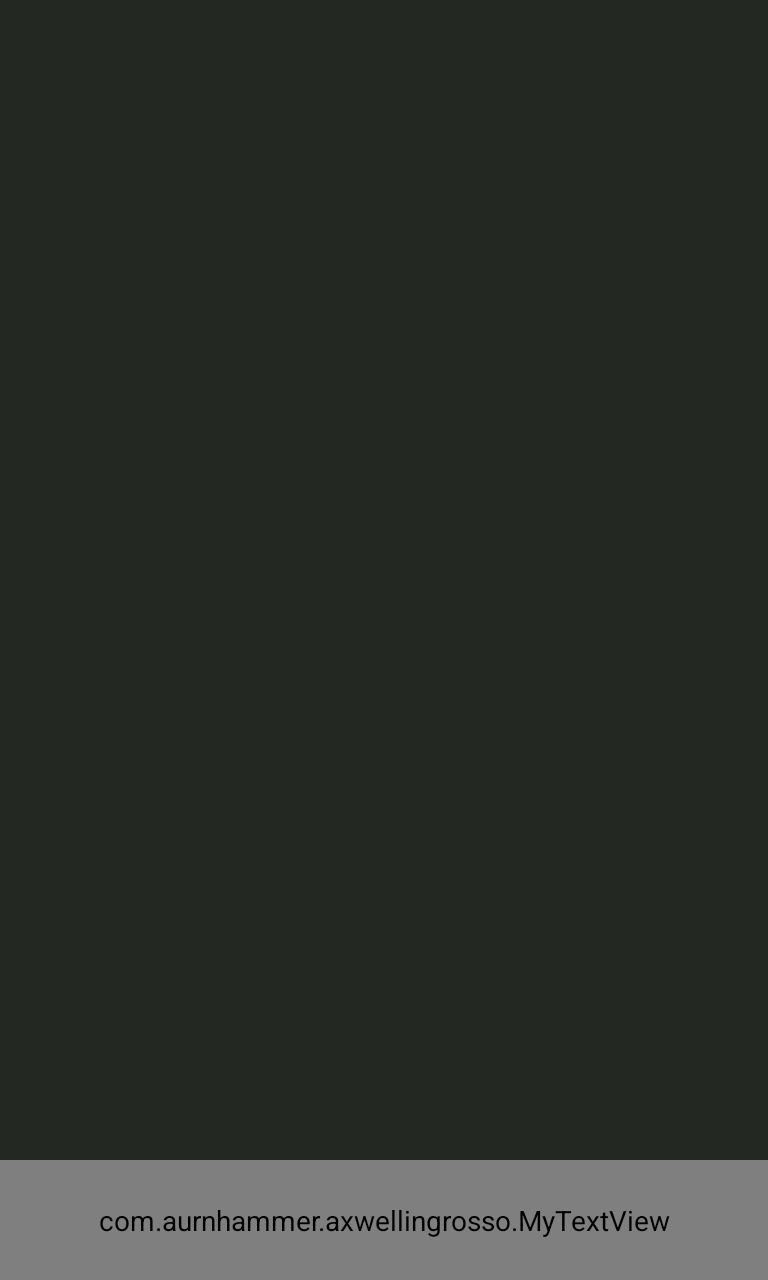
Repository: aurnhammer/Android-Image-Effects-Test
Layout: Image Effects/ImageEffects/res/layout/activity_photo_crop.xml
These files come from the project's save history. The layout is drawn as it stood at one moment and after the next save; the edit follows.
Pictures or frames that could not be fetched are drawn as grey boxes. It is drawn on a 768 x 1280 px phone screen (xhdpi) without system bars, with theme AppTheme; the app's code is not run.

Above is the layout before, as saved 2014-07-22 21:36:27.

### Image Effects/ImageEffects/res/layout/activity_photo_crop.xml
<?xml version="1.0" encoding="utf-8"?>
<RelativeLayout xmlns:android="http://schemas.android.com/apk/res/android"
    android:id="@+id/rlPhotoCropMain"
    android:layout_width="match_parent"
    android:layout_height="match_parent"
    android:background="@color/Midnight_Gray"
	android:fillViewport="true">

    <RelativeLayout
        android:id="@+id/rlPhotoCrop"
        android:layout_width="match_parent"
    	android:layout_height="wrap_content"
    	android:layout_alignParentTop="true">

	    <ImageView
	        android:id="@+id/ivPhotoCrop"
	        android:layout_width="match_parent"
			android:layout_height="match_parent"
			android:scaleType="matrix"/>

	    <ImageView
	        android:id="@+id/ivCropArea"
	        android:layout_width="match_parent"
			android:layout_height="match_parent"
			android:scaleType="matrix"/>

	</RelativeLayout>

    <com.aurnhammer.axwellingrosso.MyTextView
        android:id="@+id/tvCrop"
        android:layout_width="match_parent"
		android:layout_height="60dp"
		android:layout_alignParentBottom="true"
		android:background="@color/Deep_Coral"
		android:gravity="center"
		android:padding="10dp"
		android:textColor="@color/White"
		android:textAppearance="?android:attr/textAppearanceLarge"
		android:text="CROP"
		android:clickable="true"
		android:onClick="onCrop"/>

</RelativeLayout>

### Image Effects/ImageEffects/res/values/Color.xml
<?xml version="1.0" encoding="utf-8"?>
<resources>
    <color name="Black">#000000</color>
    <color name="White">#FFFFFF</color>
    <color name="Midnight_Gray">#232823</color>
	<color name="Mango_Sorbet">#EF9D4D</color>
    <color name="Deep_Coral">#E0312E</color>
    <color name="Hot_Seagreen">#2DDE95</color>
    <color name="Dark_Seagreen">#548D98</color>
</resources>

Loaded but not shown: Image Effects/ImageEffects/res/values/styles.xml (common file); Image Effects/ImageEffects/res/values-v11/styles.xml (common file); Image Effects/ImageEffects/res/values-v14/styles.xml (common file)

After the next save:
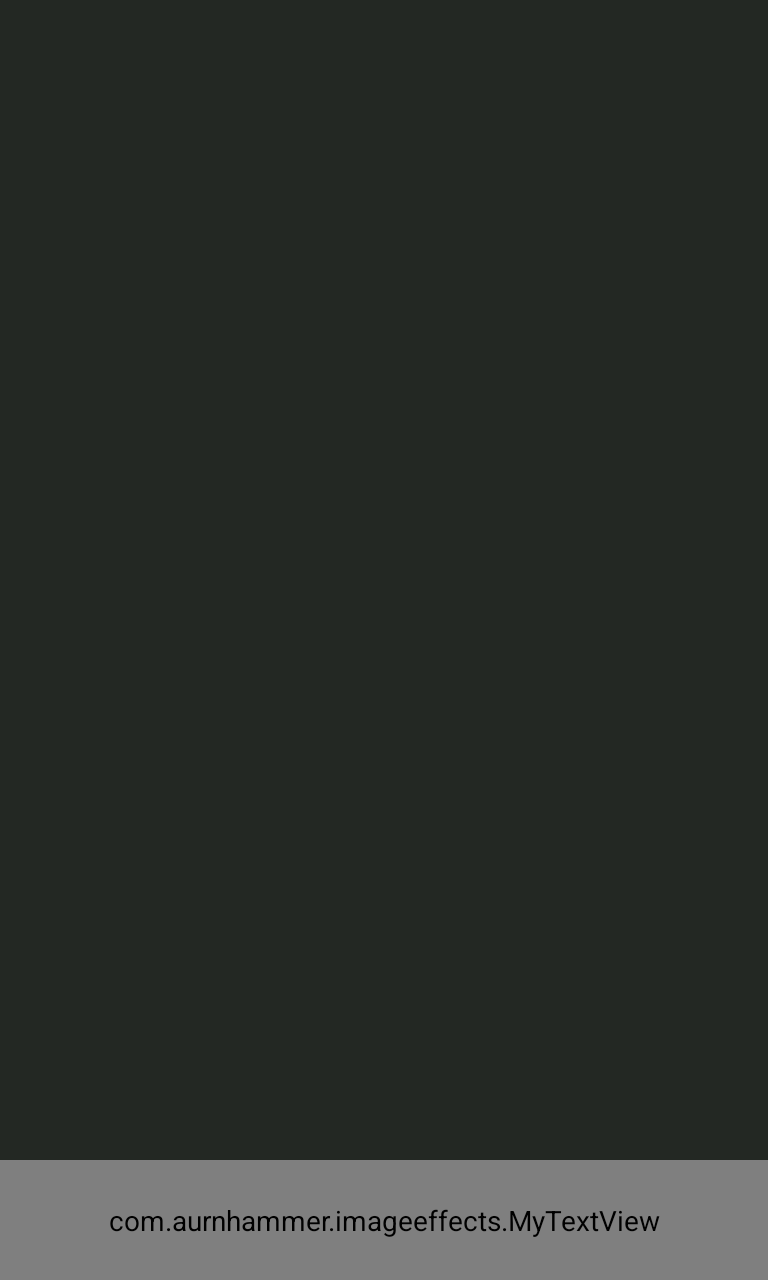
Saved 28 s later.
--- a/Image Effects/ImageEffects/res/layout/activity_photo_crop.xml
+++ b/Image Effects/ImageEffects/res/layout/activity_photo_crop.xml
@@ -26,7 +26,7 @@
 
 	</RelativeLayout>
 
-    <com.aurnhammer.axwellingrosso.MyTextView
+    <com.aurnhammer.imageeffects.MyTextView
         android:id="@+id/tvCrop"
         android:layout_width="match_parent"
 		android:layout_height="60dp"
